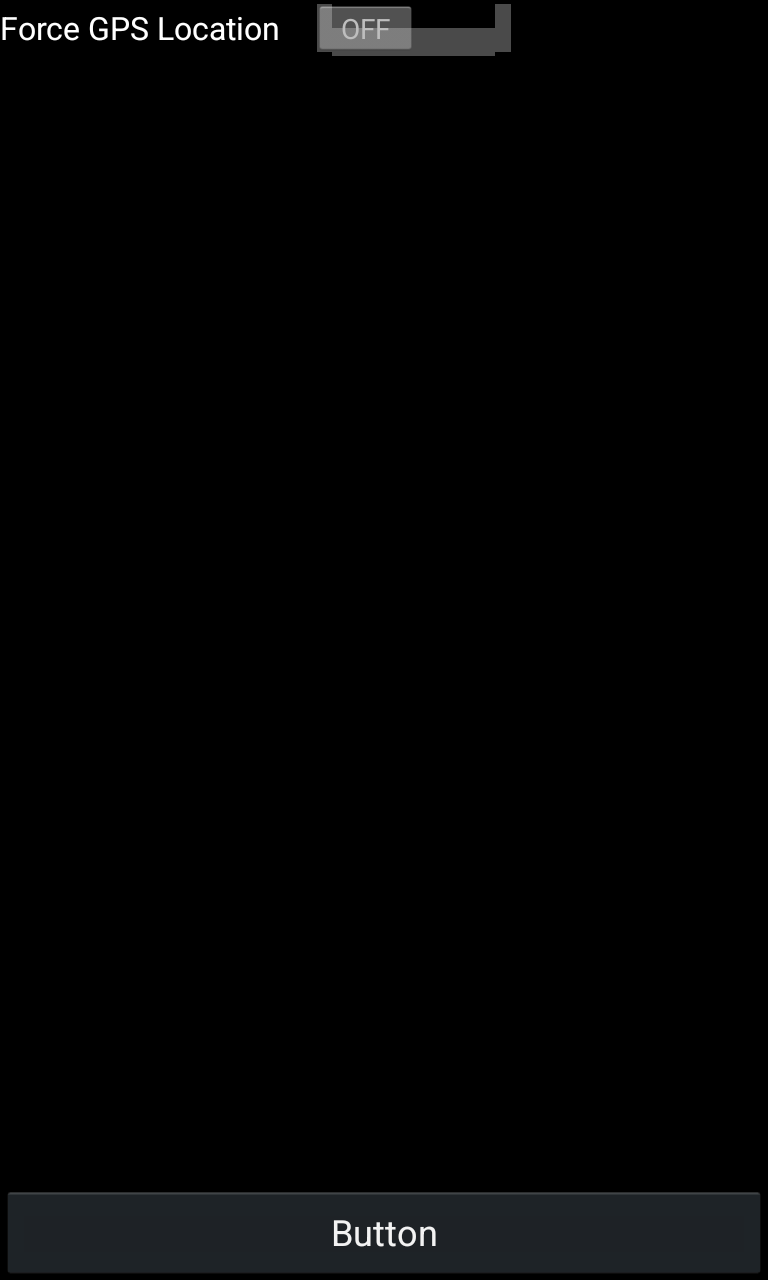
Repository: Jafnee/Android-Walking-Tour
Layout: SRC/Drafts/0.3/fuzzyNinja/PathFinder/res/layout/activity_settings.xml
These files come from the project's save history. The layout is drawn as it stood at one moment and after the next save; the edit follows.
It is drawn on a 768 x 1280 px phone screen (xhdpi) without system bars, with theme android:Theme.Holo; the app's code is not run.

Above is the layout before, as saved 2013-12-13 05:31:58.

After the next save:
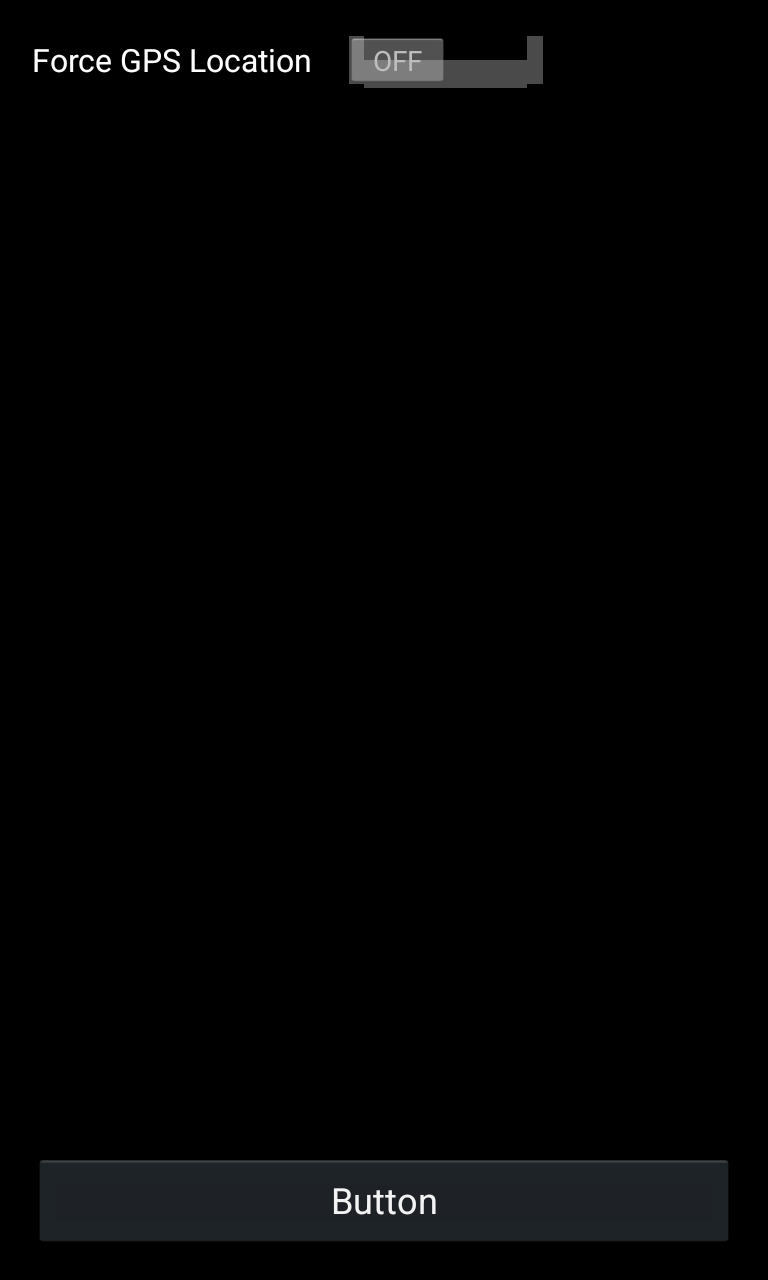
Saved 44 s later.
--- a/SRC/Drafts/0.3/fuzzyNinja/PathFinder/res/layout/activity_settings.xml
+++ b/SRC/Drafts/0.3/fuzzyNinja/PathFinder/res/layout/activity_settings.xml
@@ -1,6 +1,12 @@
 <RelativeLayout xmlns:android="http://schemas.android.com/apk/res/android"
-    android:layout_width="fill_parent"
-    android:layout_height="fill_parent" >
+    xmlns:tools="http://schemas.android.com/tools"
+    android:layout_width="match_parent"
+    android:layout_height="match_parent"
+    android:paddingBottom="@dimen/activity_vertical_margin"
+    android:paddingLeft="@dimen/activity_horizontal_margin"
+    android:paddingRight="@dimen/activity_horizontal_margin"
+    android:paddingTop="@dimen/activity_vertical_margin"
+    tools:context=".ActivitySettings" >
 
 
 
